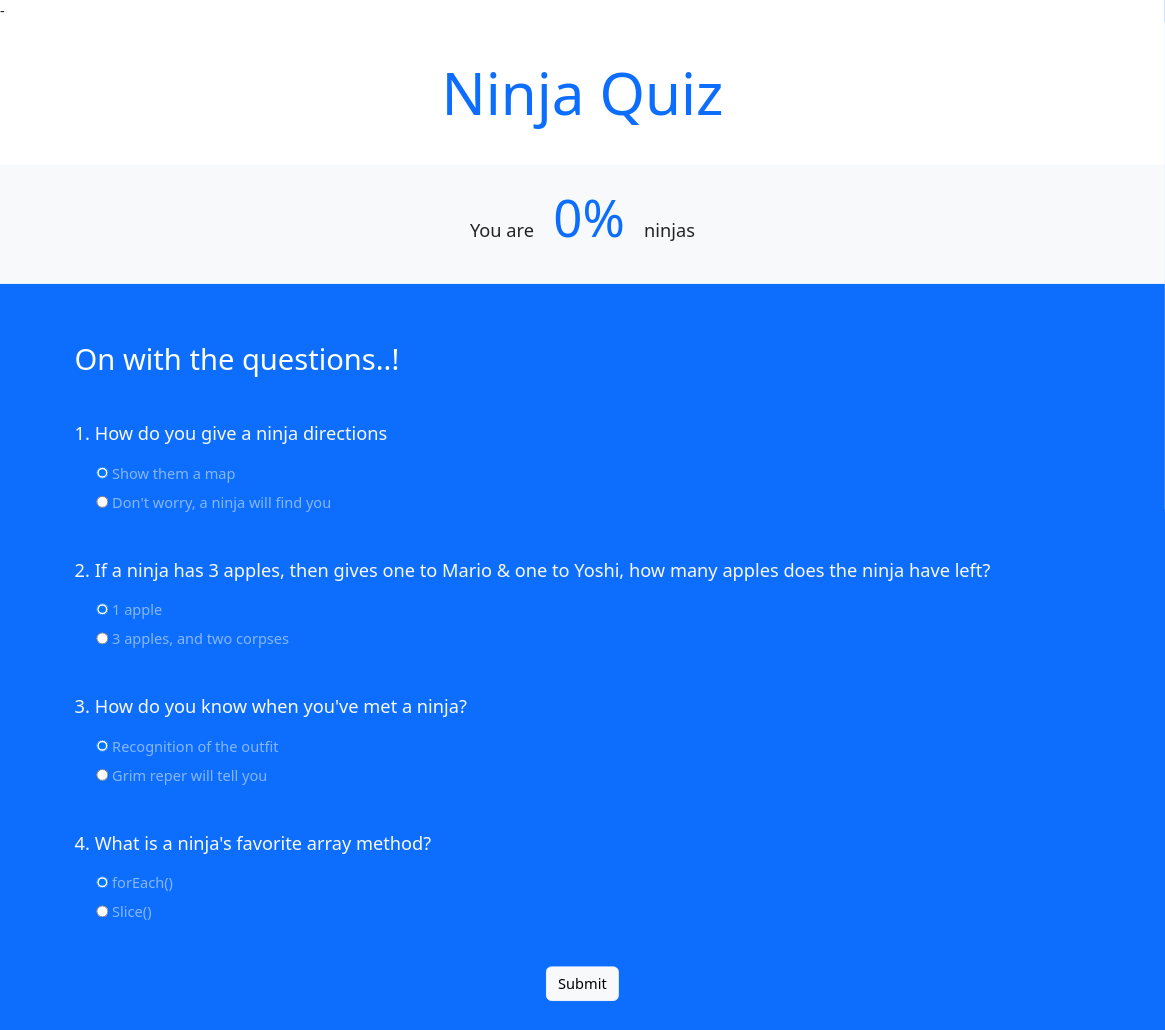
Repository: Programmer-RD-AI/Modern-JavaScript-Complete-guide-from-Novice-to-Ninja
Page: ninja_quiz/index.html
An editor plug-in stored every save of this project. The page is shown before and after a run of saves, followed by the edit.
The browser window is 1280 px wide. The pictures show the whole page, at 91% of full size.

Above is the page before, as saved 2023-12-26 15:59:55.

After the next 3 saves:
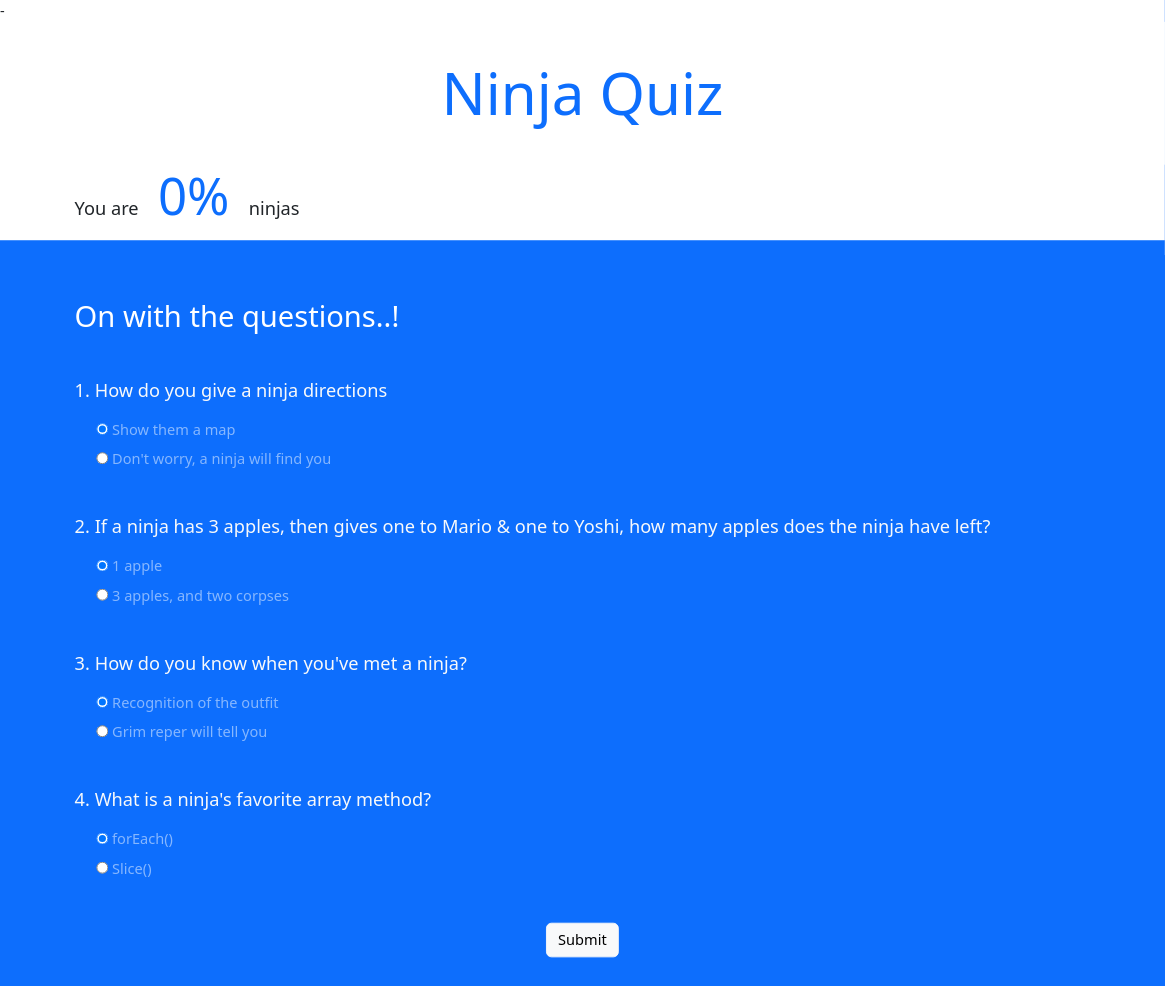
The 3 saves are shown as one change because they came seconds apart.
The last was saved 9 s later.
--- a/ninja_quiz/index.html
+++ b/ninja_quiz/index.html
@@ -20,7 +20,7 @@
       </div>
     </div>
     <!-- percentage -->
-    <div class="result py-4  bg-light text-center">
+    <div class="">
       <div class="container lead">
         <p>You are <span class="text-primary display-4 p-3">0%</span> ninjas</p>
       </div>
